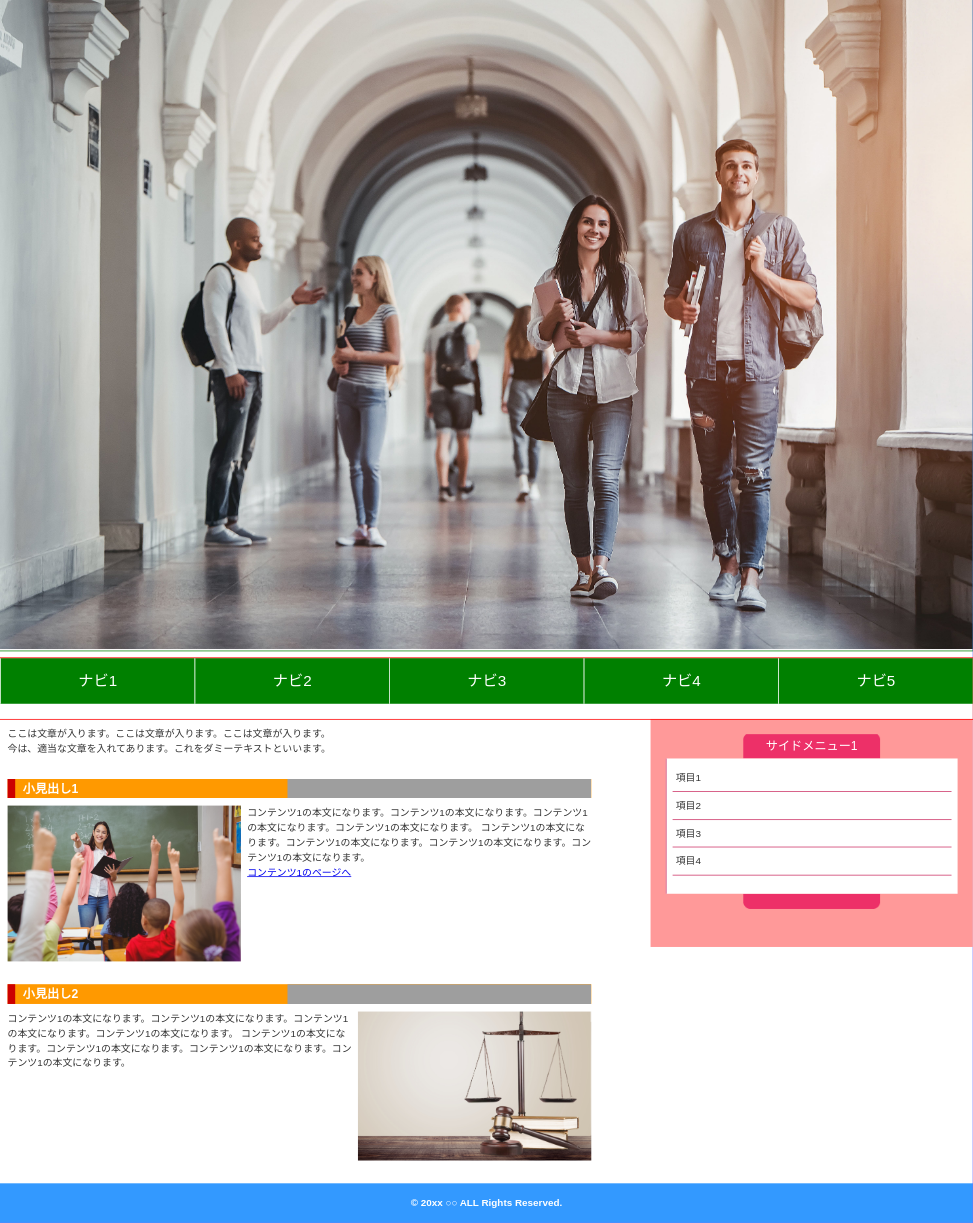
Repository: Daisuke0108-bit/samurai_HTML-CSS
Page: Test.html
The author's editor kept a record of every edit. The page is drawn from the files as they stood at one moment, then again after the next edit.
The browser window is 1280 px wide. The pictures show the whole page, at 76% of full size.
Pictures or frames that could not be fetched are drawn as grey boxes.

Above is the page before.

After the next edit:
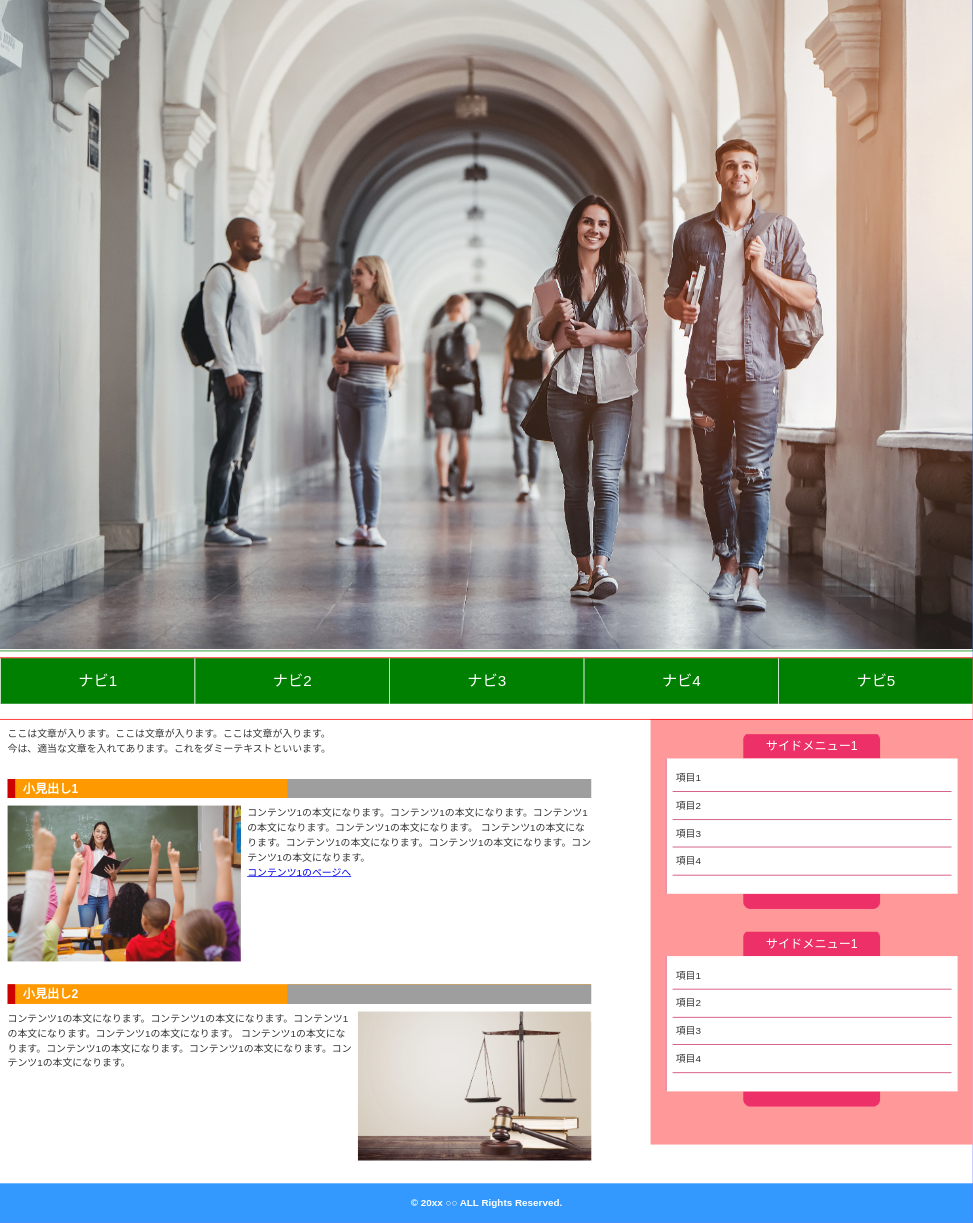
The edit:
--- a/Test.html
+++ b/Test.html
@@ -57,6 +57,19 @@
                         </ul>
                     </div><!-- boxBody -->
                 </div><!-- box -->
+
+                <div class="box">
+                    <h2>サイドメニュー1</h2>
+                    <div class="boxBody">
+                        <ul>
+                            <li>項目1</li>
+                            <li>項目2</li>
+                            <li>項目3</li>
+                            <li>項目4</li>
+                        </ul>
+                    </div><!-- boxBody -->
+                </div><!-- box -->
+
             </div><!-- side -->
 
         </div><!-- container -->
